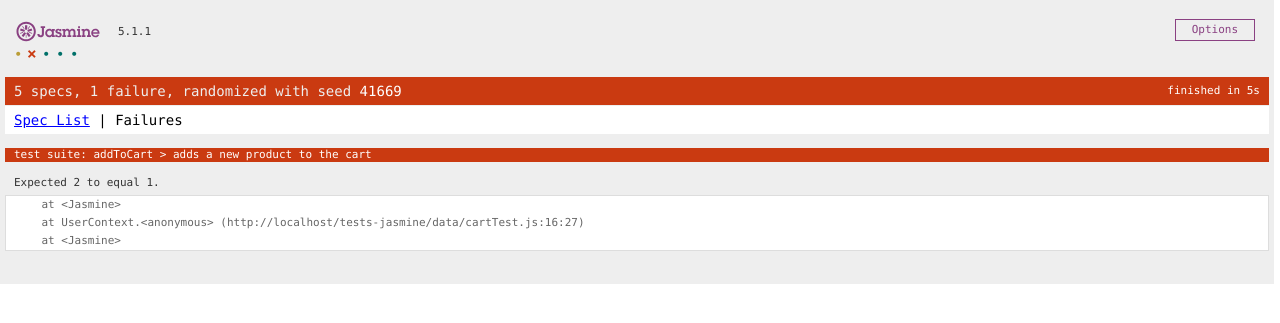
Repository: Jpr-2311/Amazon_Clone
Page: tests-jasmine/tests.html
These files come from the project's save history. The page is drawn as it stood at one moment and after a run of saves; the edit follows.
The browser window is 1280 px wide. The pictures show the whole page.

Above is the page before, as saved 2025-06-19 11:17:48.

### tests-jasmine/tests.html
<!DOCTYPE html>
<html>
<head>
  <meta charset="utf-8">
  <title>Jasmine Spec Runner v5.1.1</title>

  <link rel="shortcut icon" type="image/png" href="lib/jasmine-5.1.1/jasmine_favicon.png">
  <link rel="stylesheet" href="lib/jasmine-5.1.1/jasmine.css">

  <script src="lib/jasmine-5.1.1/jasmine.js"></script>
  <script src="lib/jasmine-5.1.1/jasmine-html.js"></script>
  <script src="lib/jasmine-5.1.1/boot0.js"></script>
  <!-- optional: include a file here that configures the Jasmine env -->
  <script src="lib/jasmine-5.1.1/boot1.js"></script>

  <script src="utils/moneyTest.js" type="module"></script>
  <script src="data/cartTest.js" type="module"></script>
</head>

<body>
</body>
</html>

### tests-jasmine/lib/jasmine-5.1.1/boot0.js
 /*
Copyright (c) 2008-2023 Pivotal Labs

Permission is hereby granted, free of charge, to any person obtaining
a copy of this software and associated documentation files (the
"Software"), to deal in the Software without restriction, including
without limitation the rights to use, copy, modify, merge, publish,
distribute, sublicense, and/or sell copies of the Software, and to
permit persons to whom the Software is furnished to do so, subject to
the following conditions:

The above copyright notice and this permission notice shall be
included in all copies or substantial portions of the Software.

THE SOFTWARE IS PROVIDED "AS IS", WITHOUT WARRANTY OF ANY KIND,
EXPRESS OR IMPLIED, INCLUDING BUT NOT LIMITED TO THE WARRANTIES OF
MERCHANTABILITY, FITNESS FOR A PARTICULAR PURPOSE AND
NONINFRINGEMENT. IN NO EVENT SHALL THE AUTHORS OR COPYRIGHT HOLDERS BE
LIABLE FOR ANY CLAIM, DAMAGES OR OTHER LIABILITY, WHETHER IN AN ACTION
OF CONTRACT, TORT OR OTHERWISE, ARISING FROM, OUT OF OR IN CONNECTION
WITH THE SOFTWARE OR THE USE OR OTHER DEALINGS IN THE SOFTWARE.
*/
/**
 This file starts the process of "booting" Jasmine. It initializes Jasmine,
 makes its globals available, and creates the env. This file should be loaded
 after `jasmine.js` and `jasmine_html.js`, but before `boot1.js` or any project
 source files or spec files are loaded.
 */
(function() {
  const jasmineRequire = window.jasmineRequire || require('./jasmine.js');

  /**
   * ## Require &amp; Instantiate
   *
   * Require Jasmine's core files. Specifically, this requires and attaches all of Jasmine's code to the `jasmine` reference.
   */
  const jasmine = jasmineRequire.core(jasmineRequire),
    global = jasmine.getGlobal();
  global.jasmine = jasmine;

  /**
   * Since this is being run in a browser and the results should populate to an HTML page, require the HTML-specific Jasmine code, injecting the same reference.
   */
  jasmineRequire.html(jasmine);

  /**
   * Create the Jasmine environment. This is used to run all specs in a project.
   */
  const env = jasmine.getEnv();

  /**
   * ## The Global Interface
   *
   * Build up the functions that will be exposed as the Jasmine public interface. A project can customize, rename or alias any of these functions as desired, provided the implementation remains unchanged.
   */
  const jasmineInterface = jasmineRequire.interface(jasmine, env);

  /**
   * Add all of the Jasmine global/public interface to the global scope, so a project can use the public interface directly. For example, calling `describe` in specs instead of `jasmine.getEnv().describe`.
   */
  for (const property in jasmineInterface) {
    global[property] = jasmineInterface[property];
  }
})();

### tests-jasmine/utils/moneyTest.js
import {formatCurrency} from '../../scripts/utils/money.js';

describe('test suite: formatCurrency',()=>{
 it('converts cents into dollars',()=>{
  expect(formatCurrency(2095)).toEqual('20.95');
 });

 it('works with 0',()=>{
  expect(formatCurrency(0)).toEqual('0.00');
 });

 it('rounds up to the nearest cents',()=>{
  expect(formatCurrency(2000.5)).toEqual('20.01')
 });
});

### tests-jasmine/data/cartTest.js
import {addToCart,cart,loadFromStorage} from'../../data/cart.js';


describe('test suite: addToCart',()=>{
  it('adds an existing product to the cart',()=>{

  });

  it('adds a new product to the cart',()=>{
      spyOn(localStorage,'getItem').and.callFake(()=>{
        return JSON.stringify([]);
      });
      console.log(localStorage.getItem('cart'));

      addToCart('e43638ce-6aa0-4b85-b27f-e1d07eb678c6');
      expect(cart.length).toEqual(1);
  });
});

### data/cart.js
export let cart;

loadFromStorage();

 export function loadFromStorage(){
    cart = JSON.parse(localStorage.getItem('cart'));

          if (!cart) {
            cart = [{
            productId: 'e43638ce-6aa0-4b85-b27f-e1d07eb678c6',
            quantity: 2,
            deliveryOptionId: '1'
          }, {
            productId: '15b6fc6f-327a-4ec4-896f-486349e85a3d',
            quantity: 1,
            deliveryOptionId: '2'
          }];
         }
  }

function saveToStorage() {
  localStorage.setItem('cart', JSON.stringify(cart));
}

export function addToCart(productId) {
  let matchingItem;

  cart.forEach((cartItem) => {
    if (productId === cartItem.productId) {
      matchingItem = cartItem;
    }
  });

  if (matchingItem) {
    matchingItem.quantity += 1;
  } else {
    cart.push({
      productId: productId,
      quantity: 1,
      deliveryOptionId: '1'
    });
  }

  saveToStorage();
}

export function removeFromCart(productId) {
  const newCart = [];

  cart.forEach((cartItem) => {
    if (cartItem.productId !== productId) {
      newCart.push(cartItem);
    }
  });

  cart = newCart;

  saveToStorage();
}

export function updateDeliveryOption(productId, deliveryOptionId) {
  let matchingItem;

  cart.forEach((cartItem) => {
    if (productId === cartItem.productId) {
      matchingItem = cartItem;
    }
  });

  matchingItem.deliveryOptionId = deliveryOptionId;

  saveToStorage();
}

Loaded but not shown: tests-jasmine/lib/jasmine-5.1.1/jasmine.css (library); tests-jasmine/lib/jasmine-5.1.1/jasmine.js (library); tests-jasmine/lib/jasmine-5.1.1/jasmine-html.js (library); tests-jasmine/lib/jasmine-5.1.1/boot1.js (library); scripts/utils/money.js (common file)

After the next 3 saves:
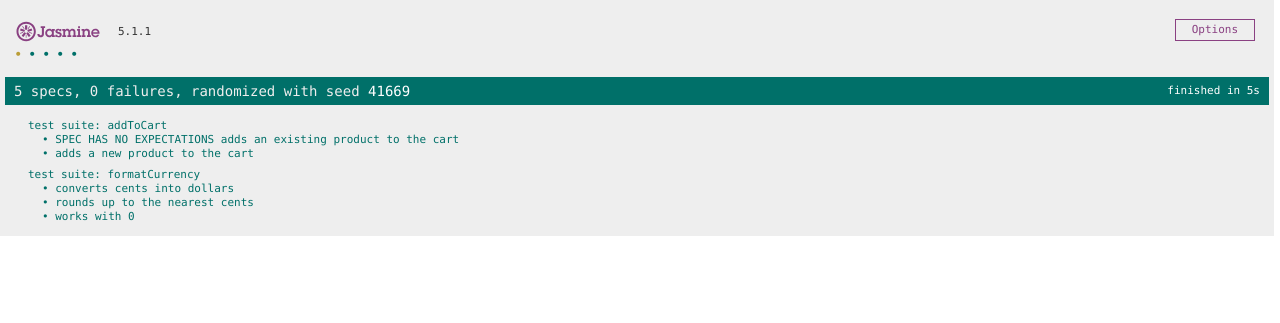
The 3 saves are shown as one change because they came seconds apart.
The last was saved 13 s later.
--- a/tests-jasmine/data/cartTest.js
+++ b/tests-jasmine/data/cartTest.js
@@ -11,6 +11,7 @@
         return JSON.stringify([]);
       });
       console.log(localStorage.getItem('cart'));
+      loadFromStorage()
 
       addToCart('e43638ce-6aa0-4b85-b27f-e1d07eb678c6');
       expect(cart.length).toEqual(1);
